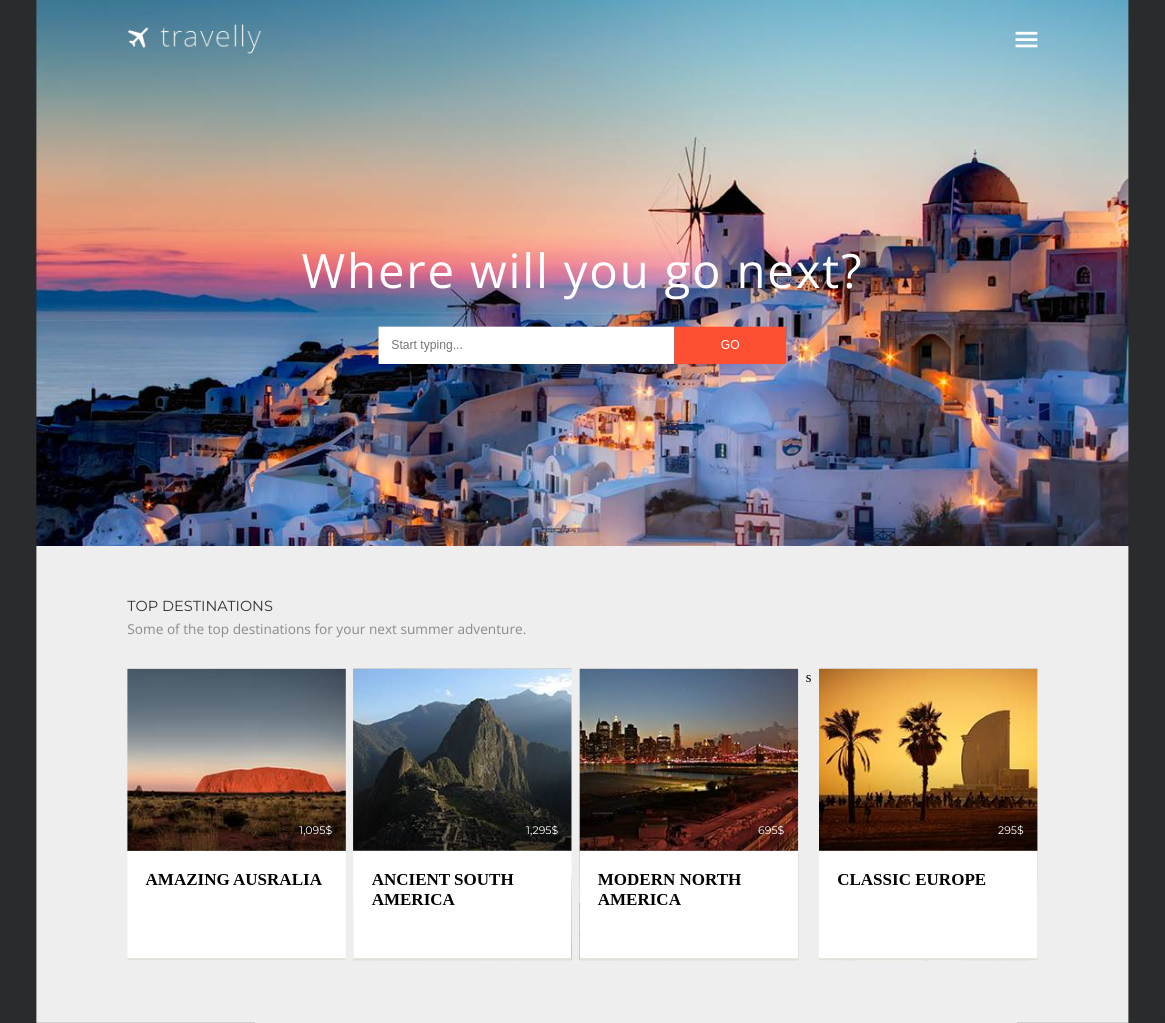
Repository: YusifHasanov/Web-Page-Template
Page: index.html
These files come from the project's save history. The page is drawn as it stood at one moment and after a run of saves; the edit follows.
The browser window is 1280 px wide. The pictures show the whole page, at 91% of full size.

Above is the page before, as saved 2021-12-05 21:38:27.

After the next 3 saves:
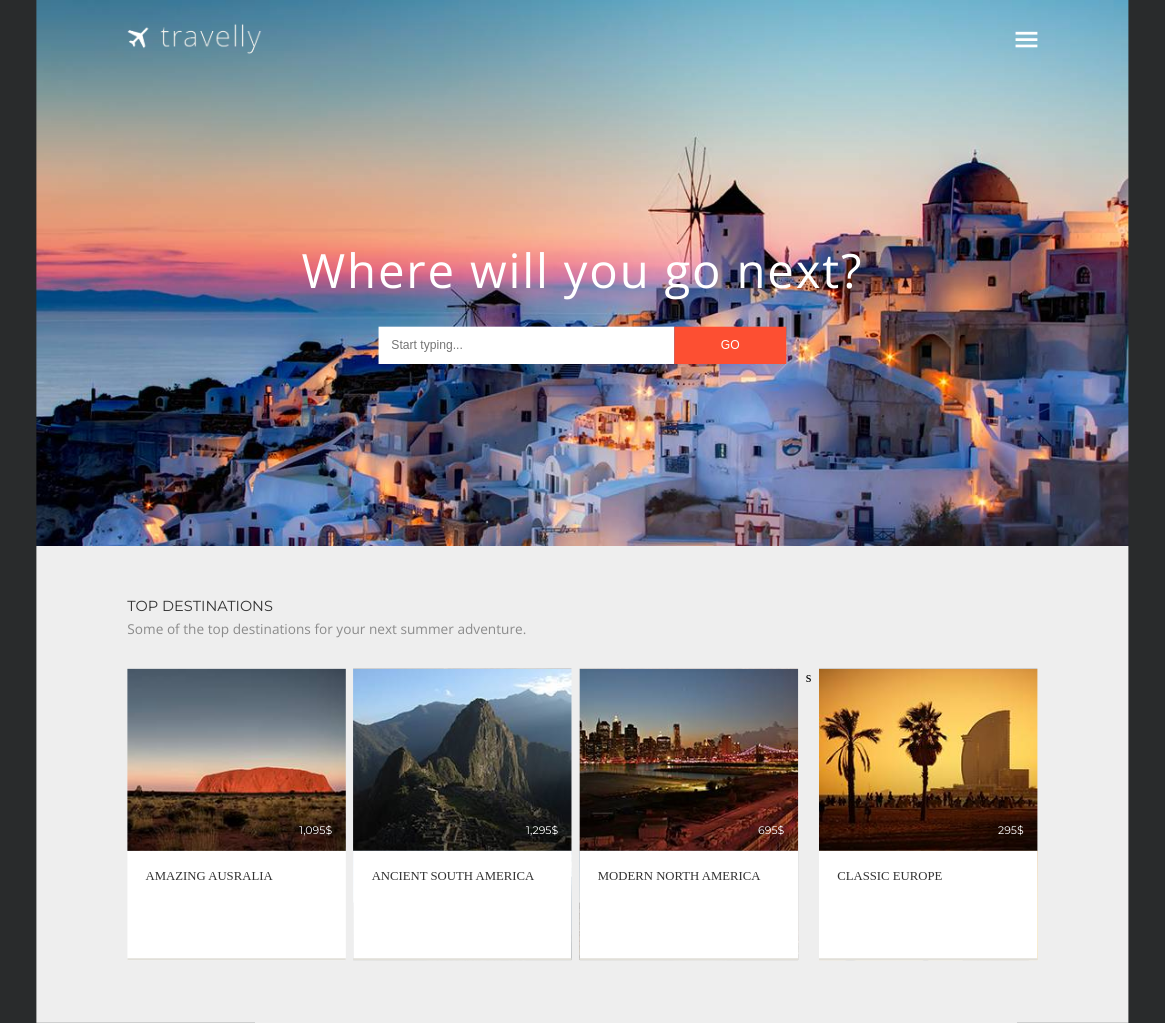
The 3 saves are shown as one change because they came seconds apart.
The last was saved 19 s later.
--- a/css/style.css
+++ b/css/style.css
@@ -156,4 +156,9 @@ button[type='submit'] {
 
 .down > h3 {
   text-transform: uppercase;
+  font-size: 14px;
+  letter-spacing: 0px;
+  color: #323232;
+  font-weight: 400;
+  font-family: 'Montserrat' sans-serif;
 }
